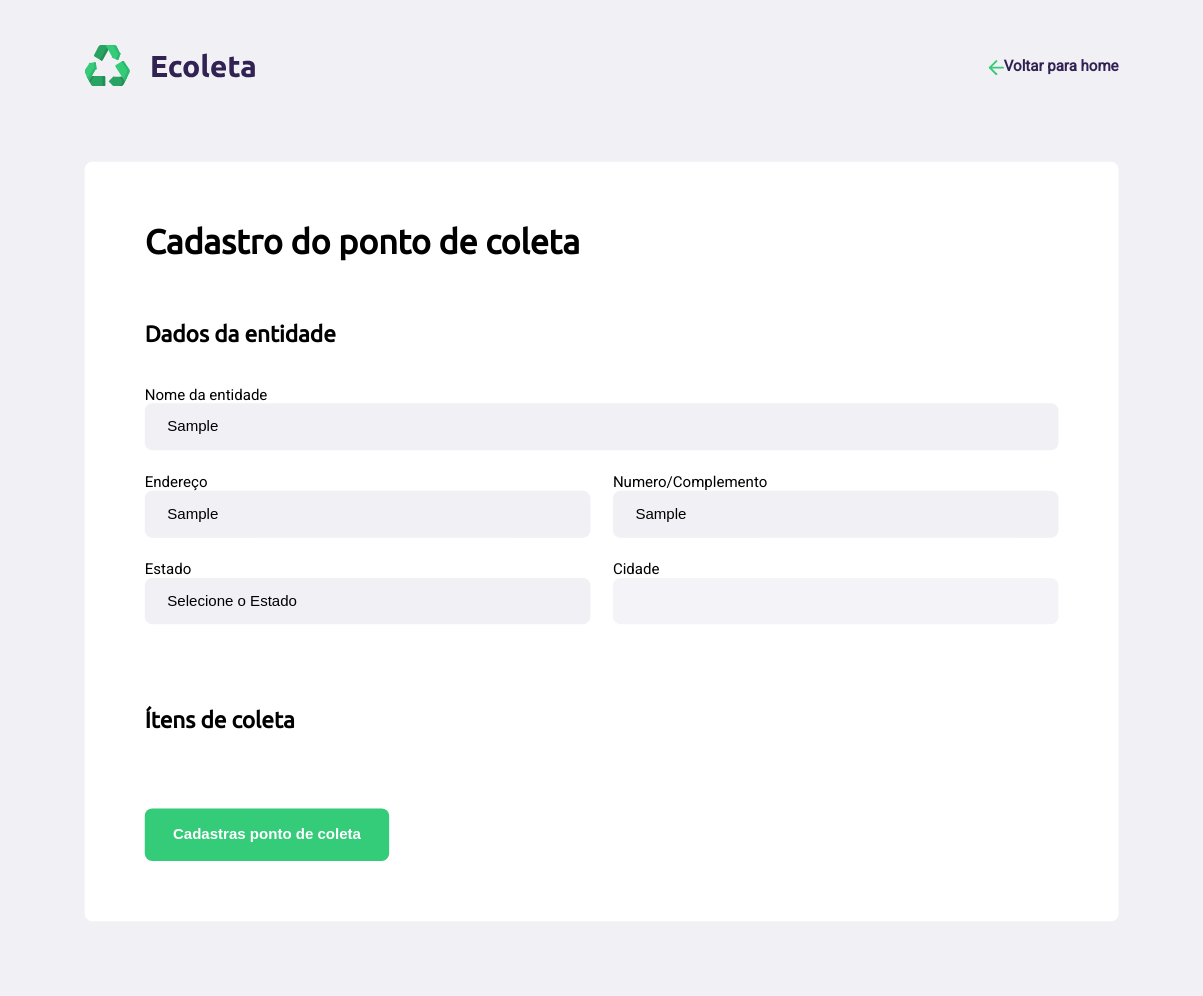
Repository: ivobass/NextLevelWeek
Page: create-point.html
The author's editor kept a copy of each file at every save. The page is drawn from the files as they stood at one save, then again after the next save.
The browser window is 1280 px wide. The pictures show the whole page, at 94% of full size.
Empty fields were first filled with sample values (such as "Sample", 5 or name@example.com).
After loading, the first visible `select` was changed once.
The page's requests for data from a server got no answer.

Above is the page before, as saved 2020-06-03 19:23:03.

### create-point.html
<!DOCTYPE html>
<html lang="pt">

<head>
    <meta charset="UTF-8">
    <!--aceita caracteres especiais-->
    <meta name="viewport" content="width=device-width, initial-scale=1.0">
    <title>Criar um ponto de Ecoleta</title>

    <link href="https://fonts.googleapis.com/css2?family=Roboto&family=Ubuntu:wght:wght@300;700&display=swap" rel="stylesheet">
    <link rel="stylesheet" href="/styles/main.css">
    <link rel="stylesheet" href="/styles/create-point.css">
    <link rel="stylesheet" href="/styles/responsive.css">

</head>

<body>

    <div id="page-create-point">

        <header>
            <img src="/assets/logo.svg " alt="logomarca">
            <a href=""><span></span>Voltar para home </a>

        </header>
        <form action="">
            <h1>Cadastro do ponto de coleta</h1>

            <fieldset>
                <legend>
                    <h2>Dados da entidade</h2>
                </legend>
                <div class="field">
                    <label for="">Nome da entidade</label>
                    <input type="text" name="name">
                </div>
                <div class="field-group">
                    <div class="field">
                        <label for="address">Endereço</label><input type="text" name="address">

                    </div>
                    <div class="field">
                        <label for="address">Numero/Complemento </label><input type="text" name="address2">
                    </div>
                </div>


                <div class="field-group">
                    <div class="field">
                        <label for="state">Estado </label>
                        <select name="uf">
                            <option value="">Selecione o Estado</option>
                        </select>
                        <input type="hidden" name="state">

                    </div>
                    <div class="field">
                        <label for="city">Cidade</label>
                        <select name="city">
                            <option value="">Selecione a Cidade</option>
                        </select>

                    </div>

                </div>

            </fieldset>





            <fieldset>
                <legend>
                    <h2>Ítens de coleta</h2>
                </legend>


            </fieldset>

            <button type="submit">Cadastras ponto de coleta</button>

        </form>


    </div>


    <script src="/scripts/create-point.js"></script>

</body>

</html>

### styles/main.css
:root {
    --title-color: #322153;
    --primary-color: #34cb79;
}

* {
    margin: 0;
    padding: 0;
    box-sizing: border-box;
}

html {
    font-family: Roboto, sans-serif;
}

body {
    background-color: #f0f0f5;
    -webkit-font-smoothing: antialiased;
}

a {
    text-decoration: none;
}

h1,
h2,
h3,
h4,
h5,
h6 {
    --title-color: #322153;
    font-family: 'Ubuntu', sans-serif;
}


/* BOX MODEL
modelo de caixas
        toda caixa tem:
        largura, altura, espaçamento, prenchimento,
        bordas, cor, fundo, maneira como é vista por html (display)
posicionamento, alinhamentos.
        */

### styles/create-point.css
#page-create-point {
    width: 90%;
    max-width: 1100px;
    /* alinhamento da caixa por o lado de fora da caixa */
    /* height: 100%; */
    margin: 0 auto;
    /* display: flex;
    flex-direction: column; */
}

#page-create-point header {
    margin-top: 48px;
    display: flex;
    align-items: center;
    justify-content: space-between;
}

#page-create-point header a {
    display: flex;
    color: var( --title-color);
    font-weight: bold;
    align-items: center;
}

#page-create-point header a span {
    margin-left: 16px;
    display: flex;
    background-image: url('/assets/arrow-left.svg');
    display: flex;
    width: 20px;
    height: 20px;
}

form {
    background-color: white;
    margin: 80px auto;
    /* prenchimento */
    padding: 64px;
    border-radius: 8px;
    min-width: 730px;
}

form h1 {
    font-size: 36px;
}

form fieldset {
    margin-top: 64px;
    border: 0;
}

form legend {
    margin-bottom: 40px;
}

form legend h2 {
    font-size: 24px;
}

form .field {
    flex: 1;
    display: flex;
    flex-direction: column;
    margin-bottom: 24px;
}

form .field-group {
    display: flex;
}

form input,
form select {
    background-color: #f0f0f5;
    border: 0;
    padding: 16px 24px;
    font-size: 16px;
    border-radius: 8px;
    /* outline: 0;   retira o borde quando esta selecionado o campo */
}

form select {
    -webkit-appearance: none;
    -moz-appearance: none;
    appearance: none;
}

forma label {
    font-size: 14px;
    margin-bottom: 8px;
}

form .field-group .field+.field {
    margin-left: 24px;
}

form button {
    width: 260px;
    height: 56px;
    background-color: var(--primary-color);
    border-radius: 8px;
    color: white;
    font-weight: bold;
    font-size: 16px;
    border: 0;
    margin-top: 40px;
    transition: 400ms;
}

form button:hover {
    background-color: #2fb86e;
}

### styles/responsive.css
@media(max-width: 900px) {
    #page-home {
        background-position-x: 70vw;
    }
    #page-home .content {
        align-items: center;
        text-align: center;
    }
    #page-home header a {
        position: absolute;
        bottom: 48px;
        left: 50%;
        transform: translateX(-50%);
    }
    #page-home main {
        align-items: center;
    }
}

@media(min-width: 1700px) {
    #page-home {
        background-position-x: 40vw;
    }
}

@media(max-heigth: 760px) {
    #page-home {
        background-position-y: 1000px;
    }
}

### scripts/create-point.js
function populateUFs() {
    const ufSelect = document.querySelector("select[name=uf]")

    fetch("https://servicodados.ibge.gov.br/api/v1/localidades/estados")
        // .then( (res) => { return res.json() })   pode resumir o codigo quando tem so um valor (res)
        .then(res => res.json())
        .then(states => {

            for (const state of states) {
                ufSelect.innerHTML += `<option value="${state.id}">${state.nome}</option>`
            }
        })
}

populateUFs()


function getCities(event) {
    const citySelect = document.querySelector("select[name=city]")
    const stateInput = document.querySelector("input[name=state]")

    const ufValue = event.target.value

    const indexOfSelectedState = event.target.selectedIndex // akie pega o index ou indice do elemento selecionado dentro do conjunto
    stateInput.value = event.target.options[indexOfSelectedState].text



    const url = `https://servicodados.ibge.gov.br/api/v1/localidades/estados/${ufValue}/municipios`

    citySelect.innerHTML = ""
    citySelect.disabled = true

    fetch(url)
        // .then( (res) => { return res.json() })   pode resumir o codigo quando tem so um valor (res)
        .then(res => res.json())
        .then(cities => {

            for (const city of cities) {
                const citySelect = document.querySelector("[name=city]")
                citySelect.innerHTML += `<option value="${city.id}">${city.nome}</option>`
            }
            citySelect.disabled = false
        })
}

// document.querySelector("select[name=uf]")
//     .addEventListener("change", () => {
//         addEventListener.log("mudei", getCities)
//     })

// depois fica assim:

document.querySelector("select[name=uf]")
    .addEventListener("change", getCities)

### assets/arrow-left.svg
<svg xmlns="http://www.w3.org/2000/svg" width="24" height="24" viewBox="0 0 24 24" fill="none" stroke="#34CB79" stroke-width="2" stroke-linecap="round" stroke-linejoin="round" class="feather feather-arrow-left"><line x1="19" y1="12" x2="5" y2="12"></line><polyline points="12 19 5 12 12 5"></polyline></svg>

After the next save:
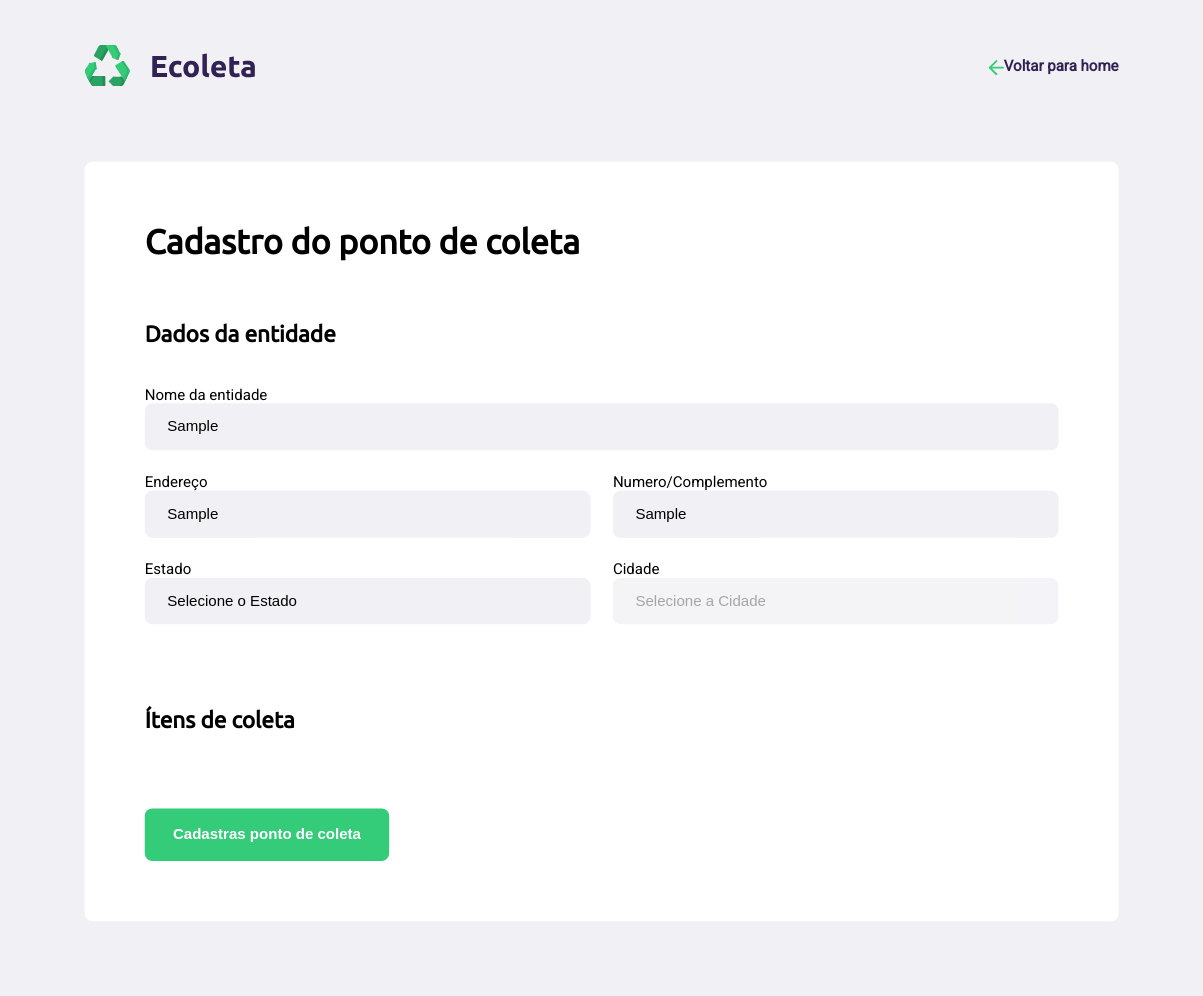
Saved 117 s later.
--- a/scripts/create-point.js
+++ b/scripts/create-point.js
@@ -28,14 +28,13 @@
 
     const url = `https://servicodados.ibge.gov.br/api/v1/localidades/estados/${ufValue}/municipios`
 
-    citySelect.innerHTML = ""
+    citySelect.innerHTML = "<option value>Selecione a Cidade</option>"
     citySelect.disabled = true
 
     fetch(url)
         // .then( (res) => { return res.json() })   pode resumir o codigo quando tem so um valor (res)
         .then(res => res.json())
         .then(cities => {
-
             for (const city of cities) {
                 const citySelect = document.querySelector("[name=city]")
                 citySelect.innerHTML += `<option value="${city.id}">${city.nome}</option>`
